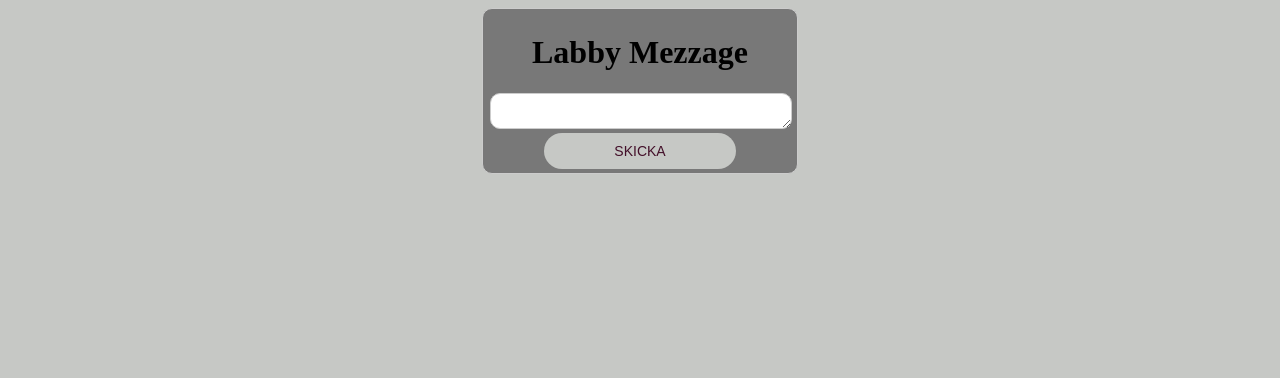
Repository: Angamanga/1dv403-laborationer
Page: 2-labbymezzage/index.html
The author's editor kept a record of every edit. The page is drawn from the files as they stood at one moment, then again after the next edit.
The browser window is 1280 px wide. The pictures show the whole page.
Some web fonts or font styles are not loaded; a fallback is used.

Above is the page before.
Console error: SyntaxError: Unexpected end of input

After the next edit:
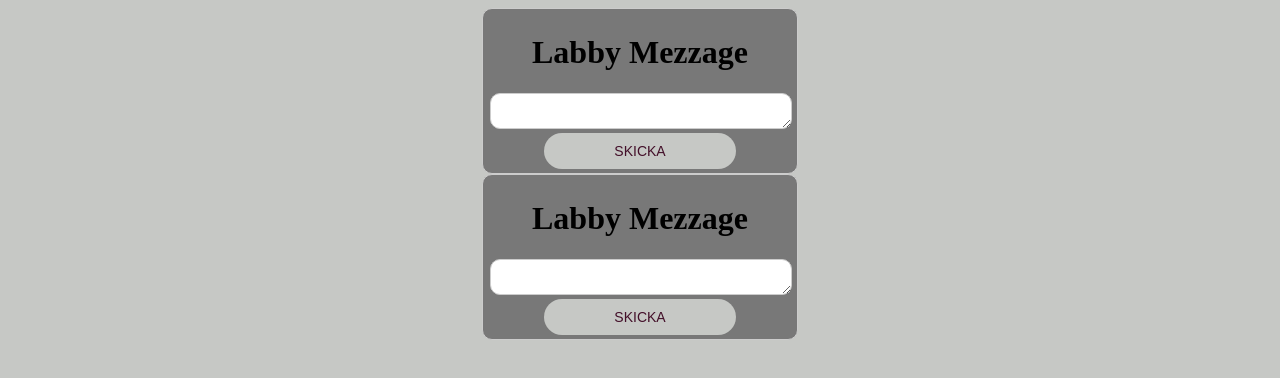
The edit:
--- a/2-labbymezzage/index.html
+++ b/2-labbymezzage/index.html
@@ -25,6 +25,15 @@
             <textarea class="messageInput"></textarea>
             <input type="submit" class="submitMessage" value="Skicka" />
         </div>
+        <div class="board">
+            <header>
+                <h1>Labby Mezzage</h1>
+            </header>
+            <div class="container"></div>
+            <p class="counter"></p>
+            <textarea class="messageInput"></textarea>
+            <input type="submit" class="submitMessage" value="Skicka" />
+        </div>
     </main>
 </body>
 </html>
